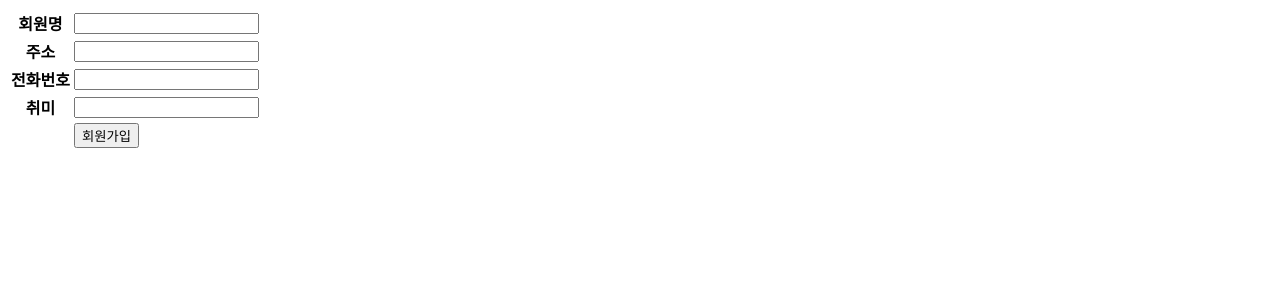
Repository: hyeri-seo/JSP
Page: http://localhost/Hello/memRegSuccess.jsp
The author's editor kept a copy of each file at every save. The page is drawn from the files as they stood at one save, then again after the next save.
The browser window is 1280 px wide. The pictures show the whole page.
The page is served by Tomcat 9.

Above is the page before, as saved 2023-09-19 05:30:50.

After the next save:
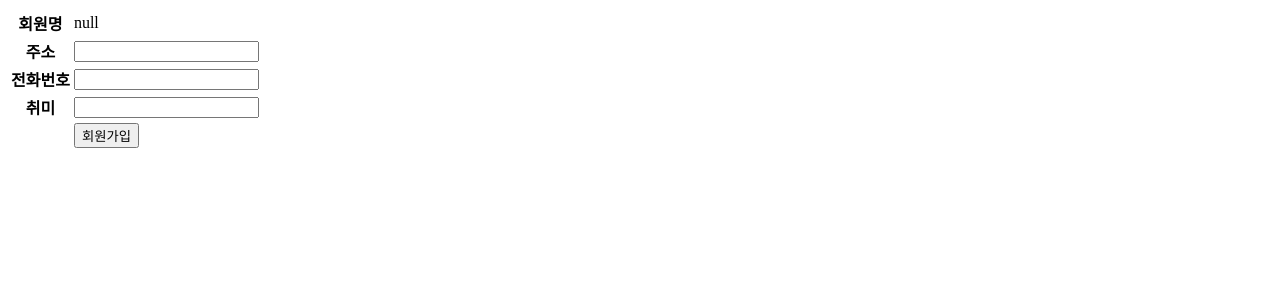
Saved 29 s later.
--- a/Hello/src/main/webapp/memRegSuccess.jsp
+++ b/Hello/src/main/webapp/memRegSuccess.jsp
@@ -8,7 +8,7 @@
 </head>
 <body>
 	<table>
-		<tr><th>회원명</th><td><input type="text" name="name"/></td></tr>
+		<tr><th>회원명</th><td><%=request.getParameter("name") %></td></tr>
 		<tr><th>주소</th><td><input type="text" name="address"/></td></tr>
 		<tr><th>전화번호</th><td><input type="text" name="tel"/></td></tr>
 		<tr><th>취미</th><td><input type="text" name="hobby"/></td></tr>
